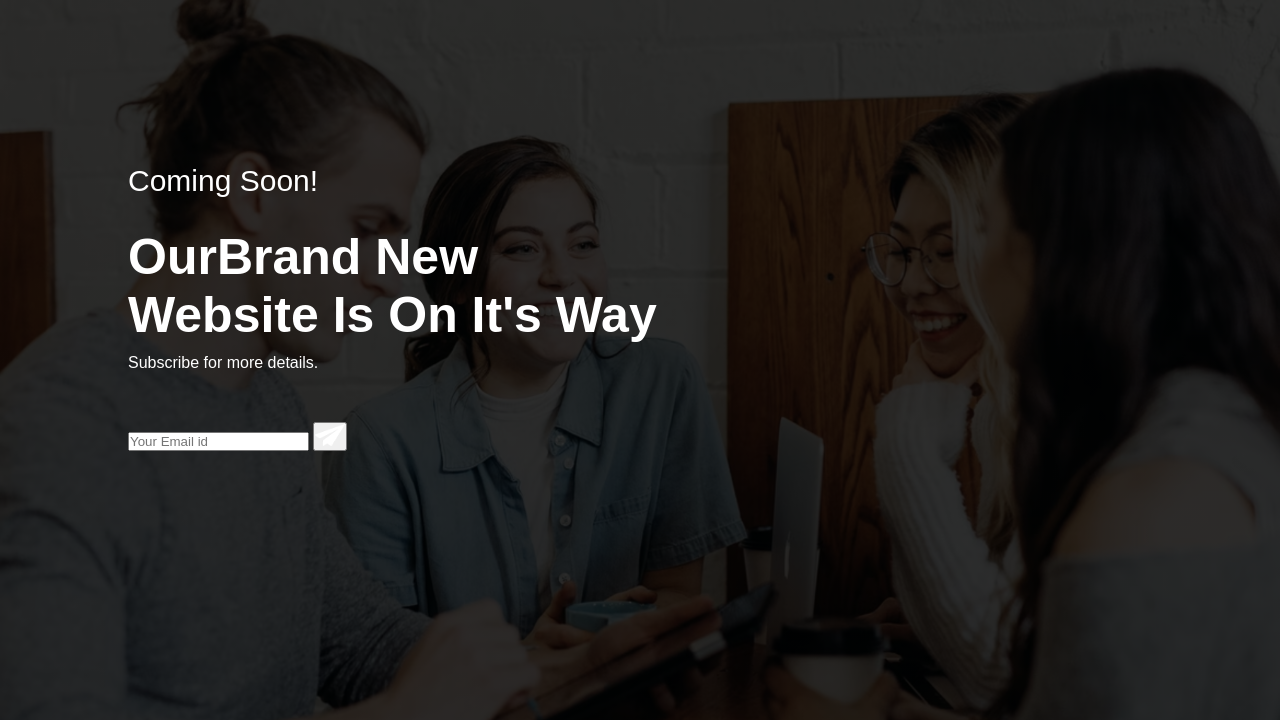
Repository: AbdullahOwais-Dev/Email-Subscription
Page: index.html
The author's editor kept a copy of each file at every save. The page is drawn from the files as they stood at one save, then again after a run of saves.
The browser window is 1280 px wide. The pictures show the whole page.

Above is the page before, as saved 2025-02-07 23:39:05.

After the next 2 saves:
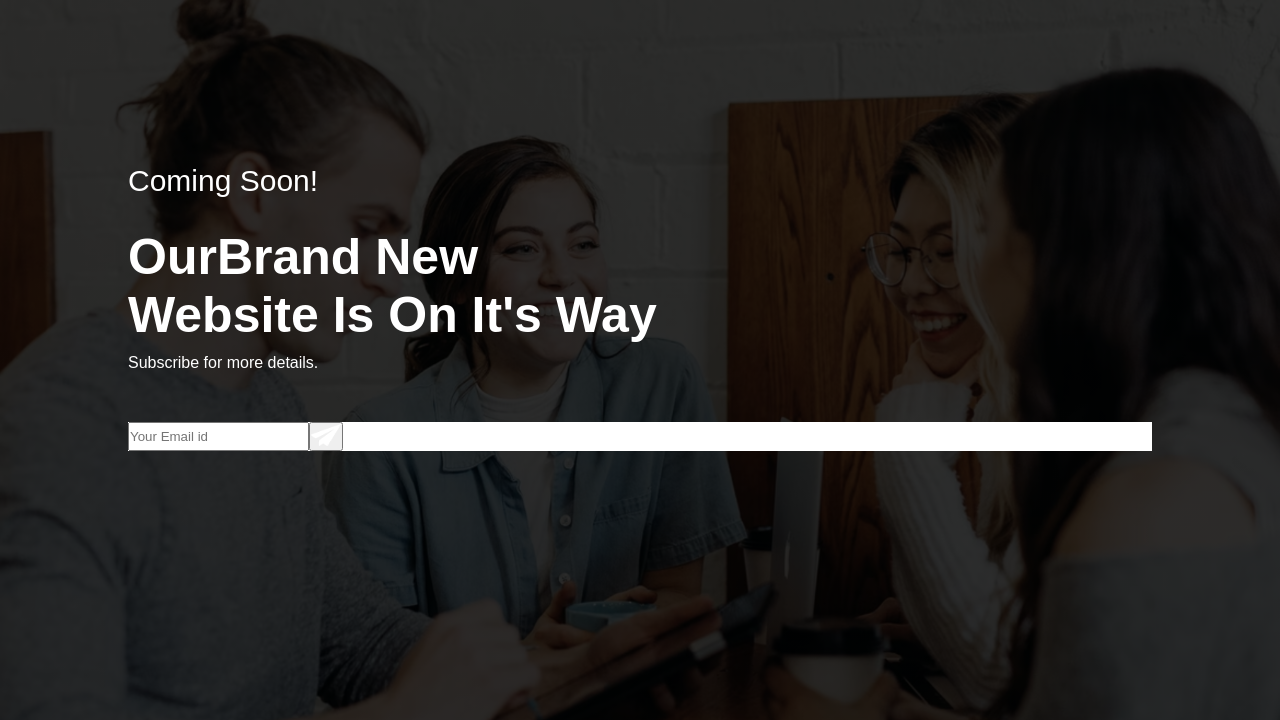
The 2 saves are shown as one change because they came seconds apart.
The last was saved 7 s later.
--- a/style.css
+++ b/style.css
@@ -26,5 +26,7 @@
     margin: 10px 0 50px;
 }
 form{
-    background: ;
+    background: #fff;
+    display: flex;
+    w
 }
